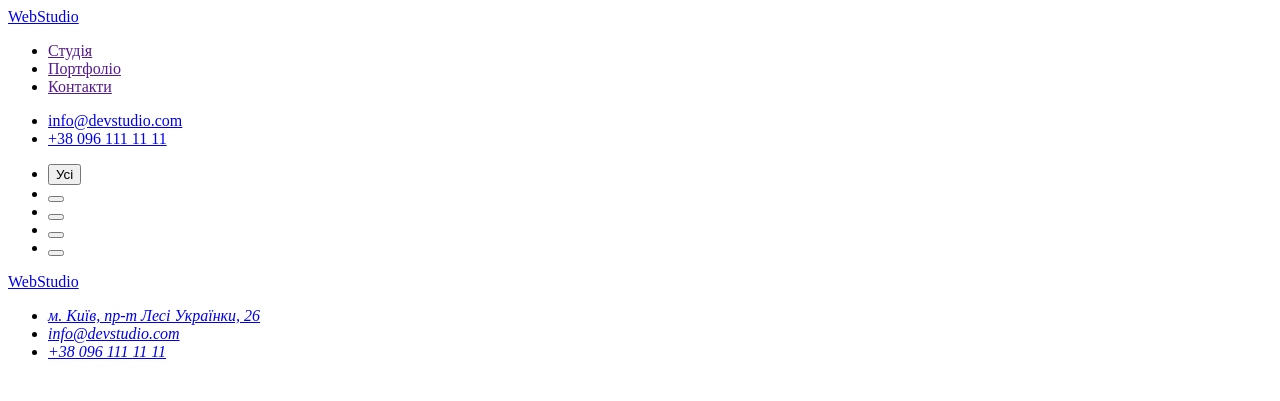
Repository: Mariia2811/goit-markup-hw-03
Page: portfolio.html
The author's editor kept a copy of each file at every save. The page is drawn from the files as they stood at one save, then again after the next save.
The browser window is 1280 px wide. The pictures show the whole page.

Above is the page before, as saved 2022-11-24 19:53:35.

### portfolio.html
<!DOCTYPE html>
<html lang="uk">
  <head>
    <meta charset="UTF-8" />
    <meta http-equiv="X-UA-Compatible" content="IE=edge" />
    <meta name="viewport" content="width=device-width, initial-scale=1.0" />
    <title>Document</title>
  </head>
  <body>
    <header>
      <nav>
        <a href="./index.html">WebStudio</a>
        <ul>
          <li><a href="">Студія</a></li>
          <li><a href="">Портфоліо</a></li>
          <li><a href="">Контакти</a></li>
        </ul>
      </nav>
      <ul>
          <li><a href="mailto:info@devstudio.com">info@devstudio.com</a></li>
          <li><a href="tel:+380961111111">+38 096 111 11 11</a></li>
        </ul>
    </header>
    <main>
        <section>
            <ul>
                <li><button type="button">Усі</button></li>
                <li><button type="button"></button></li>
                <li><button type="button"></button></li>
                <li><button type="button"></button></li>
                <li><button type="button"></button></li>
            </ul>
        </section>
        <section></section>
    </main>
    <footer>
        <a href="./index.html">WebStudio</a>
        <address>
          <ul>
            <li>
              <a
                href="https://www.google.com.ua/maps/place/%D0%B1%D1%83%D0%BB.+%D0%9B%D0%B5%D1%81%D0%B8+%D0%A3%D0%BA%D1%80%D0%B0%D0%B8%D0%BD%D0%BA%D0%B8,+26,+%D0%9A%D0%B8%D0%B5%D0%B2,+02000/@50.4265807,30.5361918,17z/data=!3m1!4b1!4m5!3m4!1s0x40d4cf0e033ecbe9:0x57a4dffefec77da0!8m2!3d50.4265807!4d30.5383858?hl=ru"
                target="_blank"
                rel="noopener noreferrer nofollow"
                >м. Київ, пр-т Лесі Українки, 26</a
              >
            </li>
            <li><a href="mailto:info@devstudio.com">info@devstudio.com</a></li>
            <li><a href="tel:+380961111111">+38 096 111 11 11</a></li>
          </ul>
        </address>
      </footer>
    </body>
  </html>

After the next save:
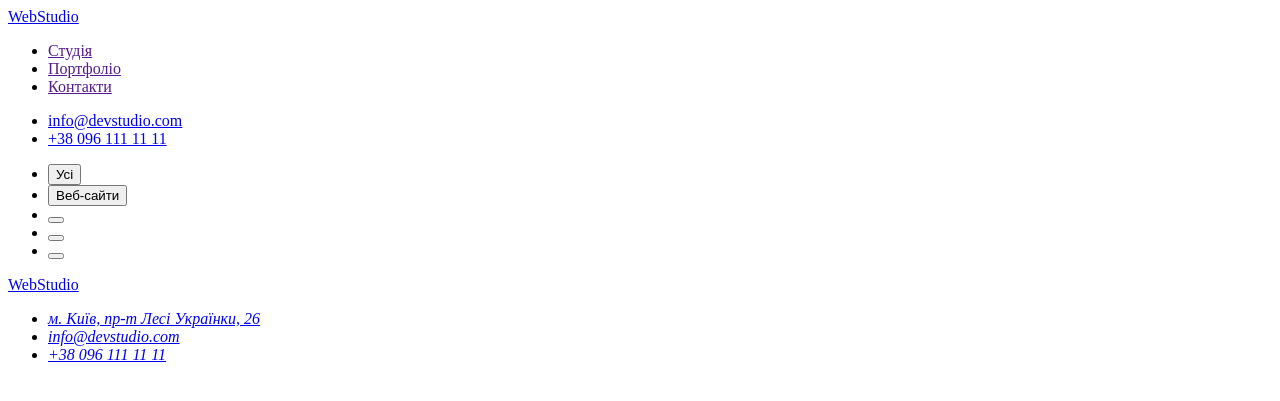
Saved 6 s later.
--- a/portfolio.html
+++ b/portfolio.html
@@ -25,7 +25,7 @@
         <section>
             <ul>
                 <li><button type="button">Усі</button></li>
-                <li><button type="button"></button></li>
+                <li><button type="button">Веб-сайти</button></li>
                 <li><button type="button"></button></li>
                 <li><button type="button"></button></li>
                 <li><button type="button"></button></li>
